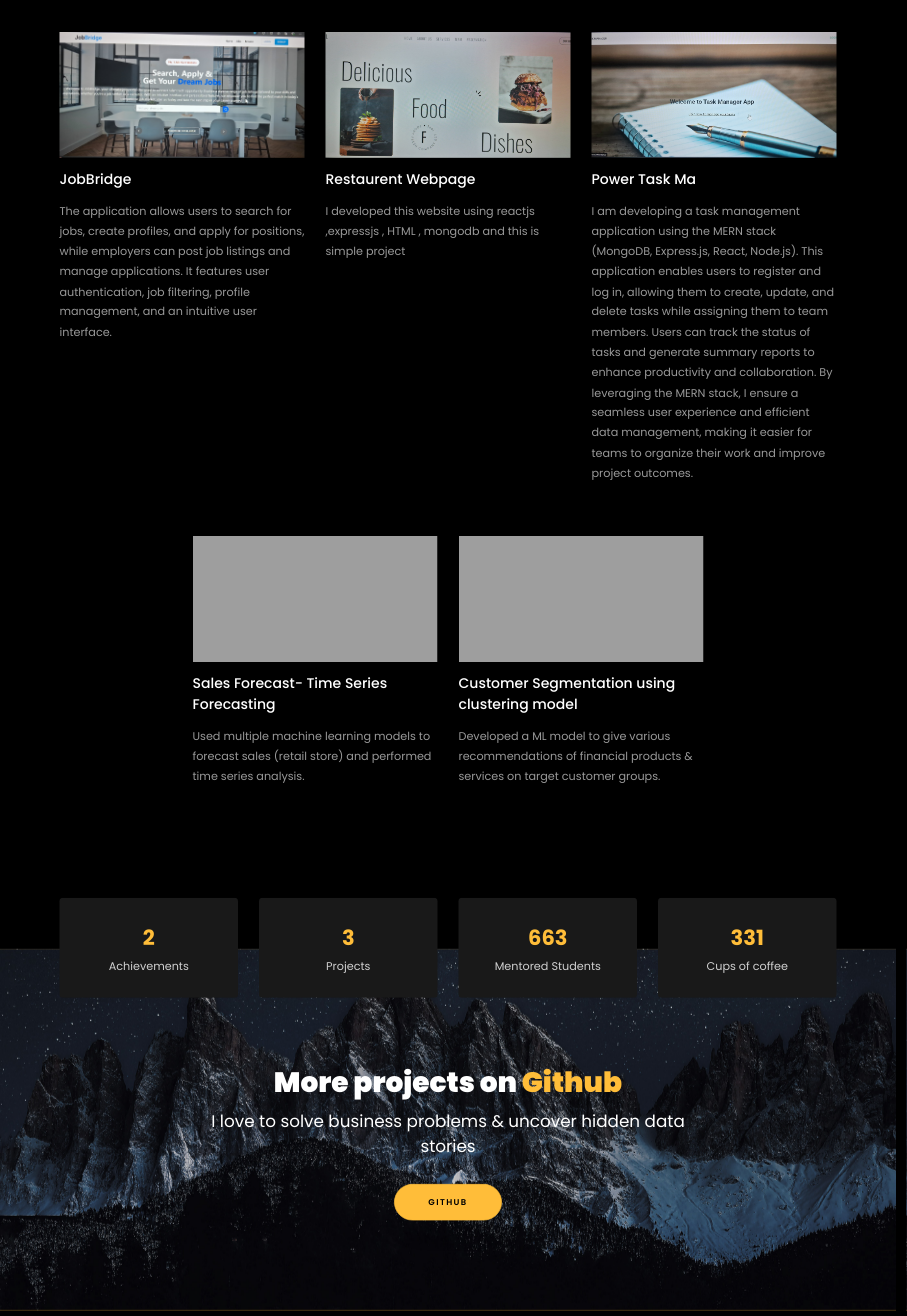
Repository: abp197/portfolio-website
Page: index.html
These files come from the project's save history. The page is drawn as it stood at one moment and after the next save; the edit follows.
The browser window is 1280 px wide. The page is 1295 px wide, so the pictures cover 1295 px, including what lies to the right of the window. The pictures show the part of the page from y = 3678 to 5558 px (the page is 6716 px tall before and 6746 px after), at 70% of full size.
Pictures or frames that could not be fetched are drawn as grey boxes.

Above is the page before, as saved 2024-10-16 01:09:42.
Console error (its wording comes from the project's code and is left out).

After the next save:
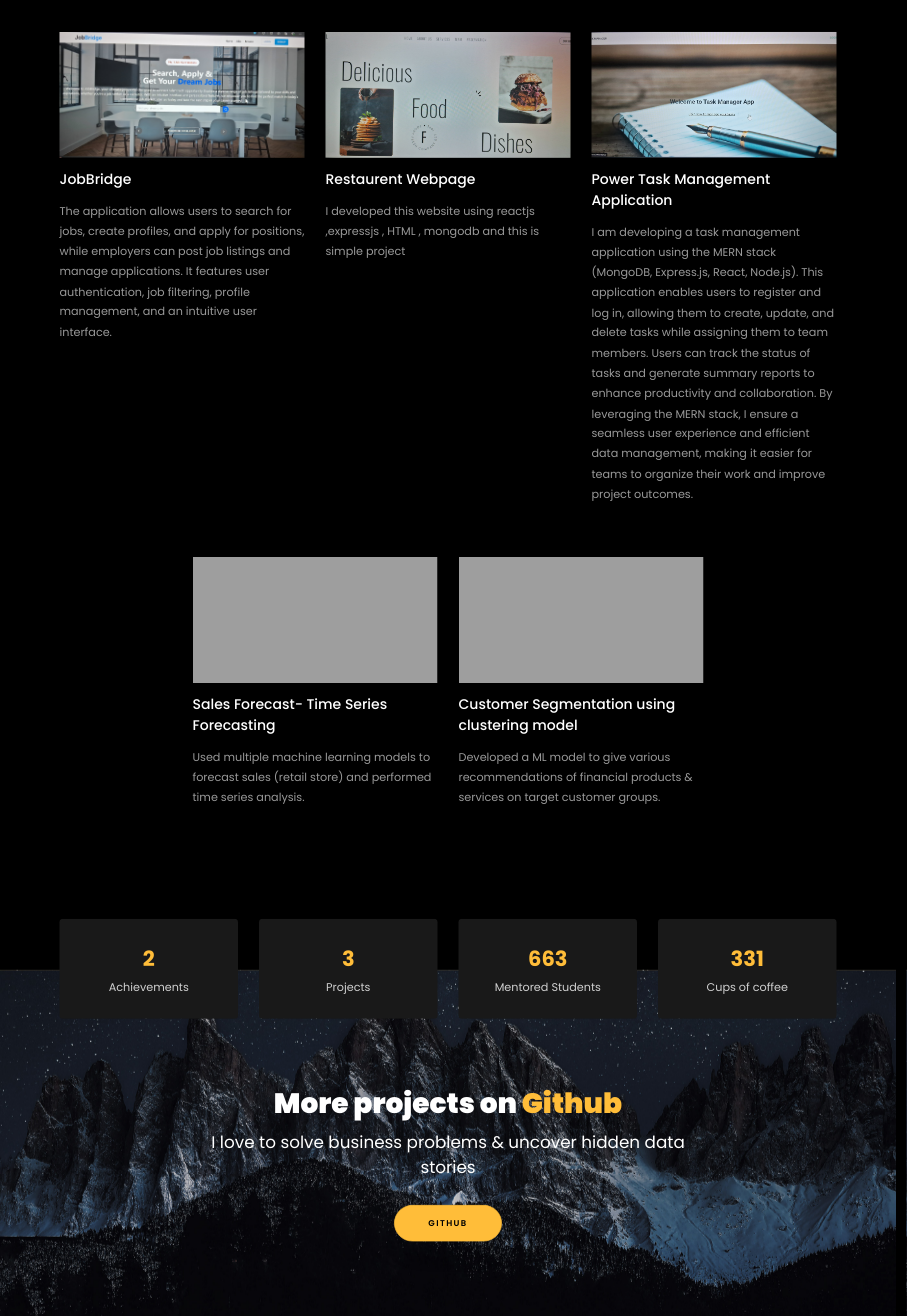
Saved 8 s later.
--- a/index.html
+++ b/index.html
@@ -466,7 +466,7 @@
 
 							<h3 class="heading"><a
 									href="https://github.com/rishabhnmishra/Madhav_Store_Analysis_PowerBI/blob/main/Madhav%20Store%20dashboard.jpg">Power
-									Task Ma</a></h3>
+									Task Management Application</a></h3>
 							<p>
 								I am developing a task management application using the MERN stack (MongoDB, Express.js, React, Node.js). This application enables users to register and log in, allowing them to create, update, and delete tasks while assigning them to team members. Users can track the status of tasks and generate summary reports to enhance productivity and collaboration. By leveraging the MERN stack, I ensure a seamless user experience and efficient data management, making it easier for teams to organize their work and improve project outcomes.</p>
 						</div>
